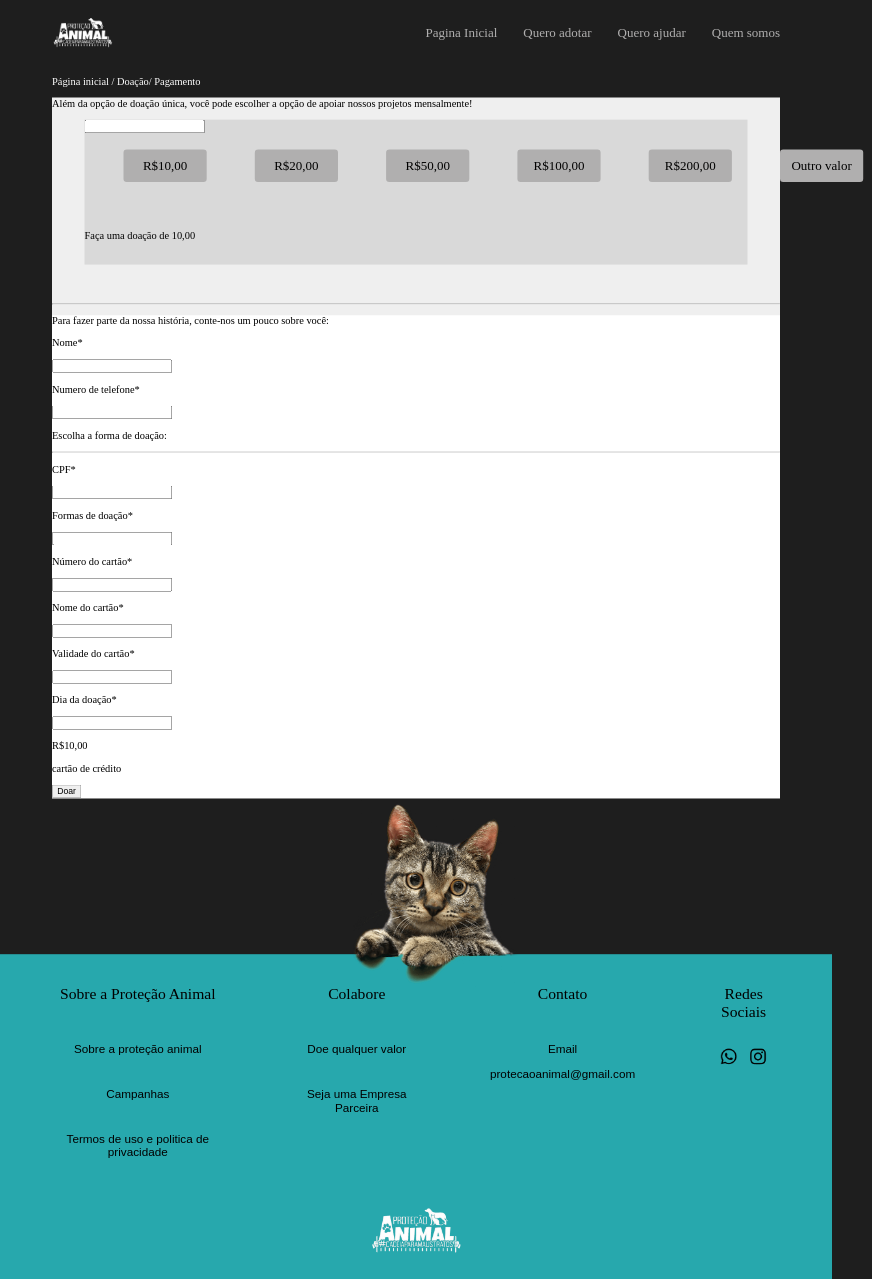
Repository: edjunior-nascimento/protecao-animal-web
Page: src/pages/formulario-doacao/index.html
An editor plug-in stored every save of this project. The page is shown before and after a run of saves, followed by the edit.
The browser window is 1280 px wide. The page is 1342 px wide, so the pictures cover 1342 px, including what lies to the right of the window. The pictures show the whole page, at 65% of full size.

Above is the page before, as saved 2025-03-06 03:38:45.

### src/pages/formulario-doacao/index.html
<!DOCTYPE html>
<html lang="pt">

<head>
    <meta charset="UTF-8">
    <meta name="viewport" content="width=device-width, initial-scale=1.0">
    <title>Proteção Animal</title>
    <link rel="preconnect" href="https://fonts.googleapis.com" />
    <link rel="preconnect" href="https://fonts.gstatic.com" crossorigin />
    <meta name="viewport" content="width=device-width, initial-scale=1.0" />
    <link rel="stylesheet" href="./style.css" />
    <link>
</head>

<body>
    <header>
        <div><img class="logo" src="/src/pages/images/logo.png" alt="logo Protecao animal" /></div>
        <nav>
            <ul>
                <li>
                    <a href="#">
                        <p>Pagina Inicial</p>
                    </a>
                </li>
                <li>
                    <a href="#">
                        <p>Quero adotar</p>
                    </a>
                </li>
                <li>
                    <a href="#">
                        <p>Quero ajudar</p>
                    </a>
                </li>
                <li>
                    <a href="#">
                        <p>Quem somos</p>
                    </a>
                </li>
            </ul>
        </nav>
    </header>
    <main>
        <div class="title">
            <p>Página inicial / Doação/ Pagamento</p>
        </div>
        <div class="container">
            <div class="sub-title">
                <p>Além da opção de doação única, você pode escolher a opção de apoiar nossos projetos mensalmente!
                </p>
            </div>
            <div class="valor">
                <div class="cota">
                    <input type="text">
                </div>
                <nav class="cota-inicial">
                    <ul>
                        <li>
                            <a href="#">R$10,00</a></a>
                        </li>
                        <li>
                            <a href="#">R$20,00</a>
                        </li>
                        <li>
                            <a href="#">R$50,00</a>
                        </li>
                        <li>
                            <a href="#">R$100,00</a>
                        </li>
                        <li>
                            <a href="#">R$200,00</a>
                        </li>
                        <li>
                            <a href="#">Outro valor</a>
                        </li>
                    </ul>
                </nav>
                <div class="res"><span>Faça uma doação de 10,00</span>
                </div>
            </div>
            <hr class="pri-line">
            <div class="card">
                <div class="sub-title">
                    <p>Para fazer parte da nossa história, conte-nos um pouco sobre você:</p>
                </div>
                <div class="dados">
                    <form action="/send" method="post" target="_blank">
                        <label>
                            <p>Nome<span class="ast">*</span></p>
                            <input type="text" name="Nome" id="Nome*">
                        </label>
                        <label>
                            <p>Numero de telefone<span class="ast">*</span></p>
                            <input type="text" name="telefone" id="telefone">
                        </label>
                    </form>
                </div>
                <div class="card">
                    <div class="sub-title">
                        <p>Escolha a forma de doação:</p>
                    </div>
                    <hr>
                    <form action="/send" method="post" target="_blank">
                        <label>
                            <p>CPF<span>*</span></p>
                            <input type="number" name="cpf" id="cpf">
                        </label>
                        <label>
                            <p>Formas de doação<span>*</span></p>
                            <input type="text" name="forme-doacao" id="forme-doacao"></p>
                        </label>
                        <label>
                            <p>Número do cartão<span>*</span></p>
                            <input type="number" name="cartao" id="cartao">
                        </label>
                        <label>
                            <p>Nome do cartão<span>*</span></p>
                            <input type="text" name="nome-cartao" id="nome-cartao">
                        </label>
                        <label>
                            <p>Validade do cartão<span>*</span></p>
                            <input type="text" name="" id="">
                        </label>
                        <label>
                            <p>Dia da doação<span>*</span></p>
                            <input type="number" name="data" id="data">
                        </label>
                    </form>
                    <div class="resultado">
                        <div class="retorno">
                            <div class="res/doacao">
                                <p>R$10,00</p>
                            </div>
                            <div class="forma/pagamento">
                                <p>cartão de crédito</p>
                            </div>
                        </div>
                        <button>Doar</button>
                    </div>
                </div>
            </div>
        </div>
    </main>
    <div class="gato"><img src="/src/pages/images/gato.png" alt=""></div>
    <footer>
        <div class="footer-container">
            <div class="footer-primary">
                <div class="footer-section-1">
                    <div>
                        <h4>Sobre a Proteção Animal</h4>
                    </div>
                    <div>
                        <p><a href="">Sobre a proteção animal</a></p>
                    </div>
                    <div>
                        <p><a href="">Campanhas</a></p>
                    </div>
                    <div>
                        <p><a href="">Termos de uso e politica de privacidade</a></p>
                    </div>
                </div>
                <div class="footer-section-2">
                    <div>
                        <h4>Colabore</h4>
                    </div>
                    <div>
                        <p><a href="">Doe qualquer valor</a></p>
                    </div>
                    <div>
                        <p><a href="">Seja uma Empresa Parceira</a></p>
                    </div>
                </div>
                <div class="footer-section-3">
                    <div>
                        <h4>Contato</h4>
                    </div>
                    <div>
                        <p>Email</p>
                        <p><a href="mailto:protecaoanimal@gmail.com">protecaoanimal@gmail.com</a></p>
                    </div>
                </div>
                <div class="footer-section-4">
                    <div>
                        <h4>Redes Sociais</h4>
                    </div>
                    <div class="social-icons">
                        <div>
                            <a href=""><img src="/src/pages/images/whatsAppIcon.png" alt="" /></a>
                        </div>
                        <div>
                            <a href=""><img src="/src/pages/images/instagramIcon.png" alt="" /></a>
                        </div>
                    </div>
                </div>
            </div>
        </div>
        <div class="footer-secondary">
            <img src="/src/pages/images/logo.png" alt="" />
        </div>
    </footer>
</body>

</html>

### src/pages/formulario-doacao/style.css
:root {
    --main-bg-color: #1e1e1e;
    --title-color: #27a8ad;
    --subtitle-color: #ffffff;
    --box-color: #ffffff;
    --link-nav-color: #ffffff;
    --card-title-color: #27a8ad;
    --footer-background: #27a8ad;
    --footer-font-color: #000000;
    --maim-color: #EFEFEF;
    --card-nav-color:#D9D9D9;
    --nav-valor:#B0AFAF;
  }
  body {
    height: max-content;
    font-family: "Jockey One", serif;
    font-style: normal;
    margin: 0px;
    padding: 0px;
    background-color: var(--main-bg-color);
  }

  a {
    text-decoration: none;
  }

  header {
    height: 100px;
    display: flex;
    flex-direction: row;
    justify-content: space-between;
    padding-inline: 80px
  }
  header div {
    display: flex;
    align-items: center;
  }
  .logo {
    height: 95px;
    width: auto;
  }
  nav {
    width: auto;
    height: 100px;
    display: flex;
    align-items: center;
  }
  nav ul {
    list-style-type: none;
    display: flex;
    gap: 40px;
  }
  nav ul li a {
    color: var(--nav-valor);
    font-size: 20px;
    background-color: var(--card-nav-color);
  }


main {
  background-color:var(--main-bg-color) ;
  padding-left: 80px;
  padding-right: 80px;
}
.cota-inicial a {
  color: var(--footer-font-color);
  width: 128px;
  height: 50px;
  display: inline-block;
  text-align: center;
  line-height: 50px;
  background-color: var(--nav-valor);
  margin-left: 20px;
  border-radius: 5px;
}
.cota-inicial li {
  height: 50px;
  width: 162px;
}
.cota-inicial li :hover {
  background-color: var(--footer-background);
  color: var(--box-color);
}
.res {
  margin-top: 48px;
  padding-bottom: 36px;
}
  .pri-line {
    margin-top: 60px;
  }
  .card {

  }
.container {
  background-color: var(--maim-color);
}
.title {
  color: var(--subtitle-color);
}
.valor {
  margin-left: 50px;
  margin-right: 50px;
  background-color: var(--card-nav-color);
}
.valor nav {
  width: 100%;
}
.card {
  background-color: var(--box-color);
}




  .gato {
    margin-left: 42%;
    margin-bottom: -25px;
    height: 265px;
    max-width: auto;}

  footer {
    height: 500px;
    max-height: auto;
    background-color: var(--footer-background);
    padding-inline: 80px;
  }

  .footer-container {
      width: auto;
      height: 70%;
      display: flex;
      align-items: center;
      justify-content: center;
  }

  .footer-primary {
    display: flex;
    flex-direction: row;
    gap: 111px;
    align-items: flex-start;
    justify-content: center;
  }

  .footer-primary p a {
      color: var(--footer-font-color);
      font-family: "Arial", sans-serif;
  }

  .footer-primary h4 {
    font-size: 24px;
    font-weight: 400;
  }

  .footer-primary p {
      font-size: 18px;
      font-weight: 400;
      font-family: "Arial", sans-serif;
  }

  .footer-secondary {
    width: auto;
    height: 30%;
    display: flex;
    align-items: center;
    justify-content: center;
  }

  .footer-secondary img {
      height: 145px;
      width: auto
  }

  .footer-section-1, .footer-section-2, .footer-section-3, .footer-section-4 {
      display: flex;
      flex-direction: column;
      text-align: center;
      gap: 12px;
  }

  .footer-section-4 {
      align-items: center;
  }

  .social-icons {
      display: flex;
      flex-direction: row;
      gap: 20px;
  }

After the next 2 saves:
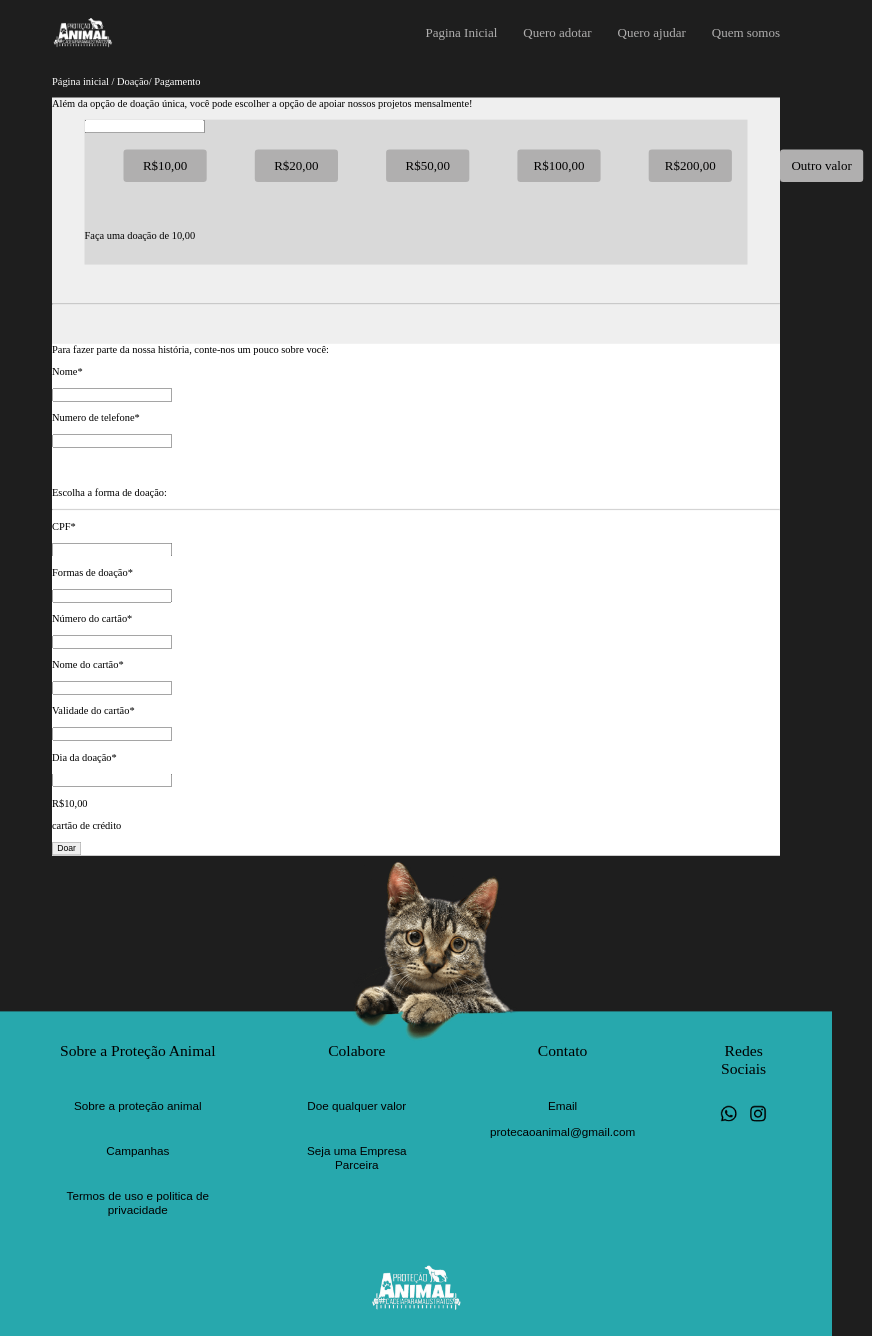
The 2 saves are shown as one change because they came seconds apart.
The last was saved 8 s later.
--- a/src/pages/formulario-doacao/style.css
+++ b/src/pages/formulario-doacao/style.css
@@ -89,7 +89,7 @@ main {
     margin-top: 60px;
   }
   .card {
-
+    margin-top: 60px;
   }
 .container {
   background-color: var(--maim-color);
